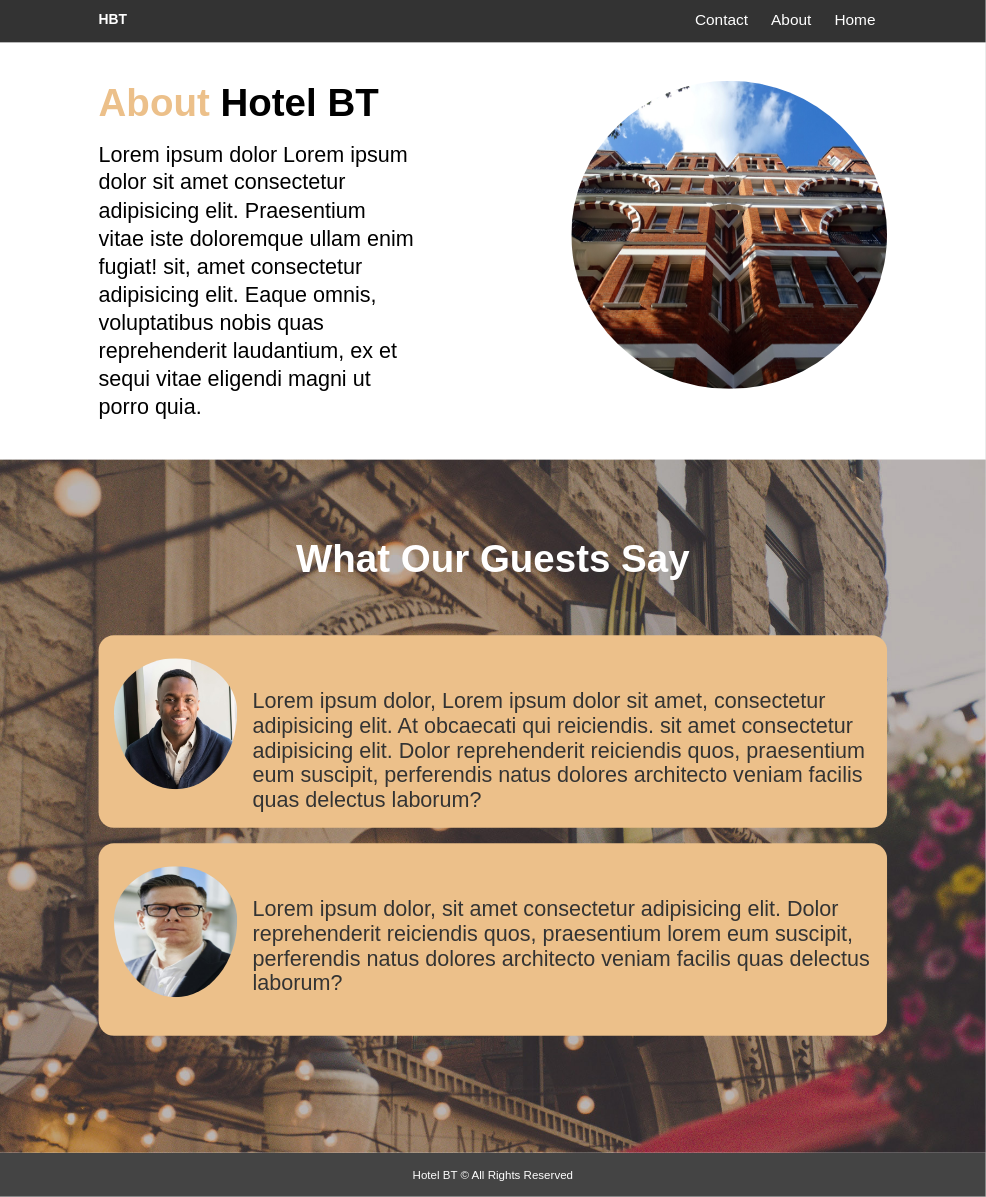
Repository: reemoon-ctrl/35---hotel-website
Page: about.html
These files come from the project's save history. The page is drawn as it stood at one moment and after a run of saves; the edit follows.
The browser window is 1280 px wide. The pictures show the whole page, at 77% of full size.
Pictures or frames that could not be fetched are drawn as grey boxes.

Above is the page before, as saved 2024-07-24 21:18:31.

After the next 2 saves:
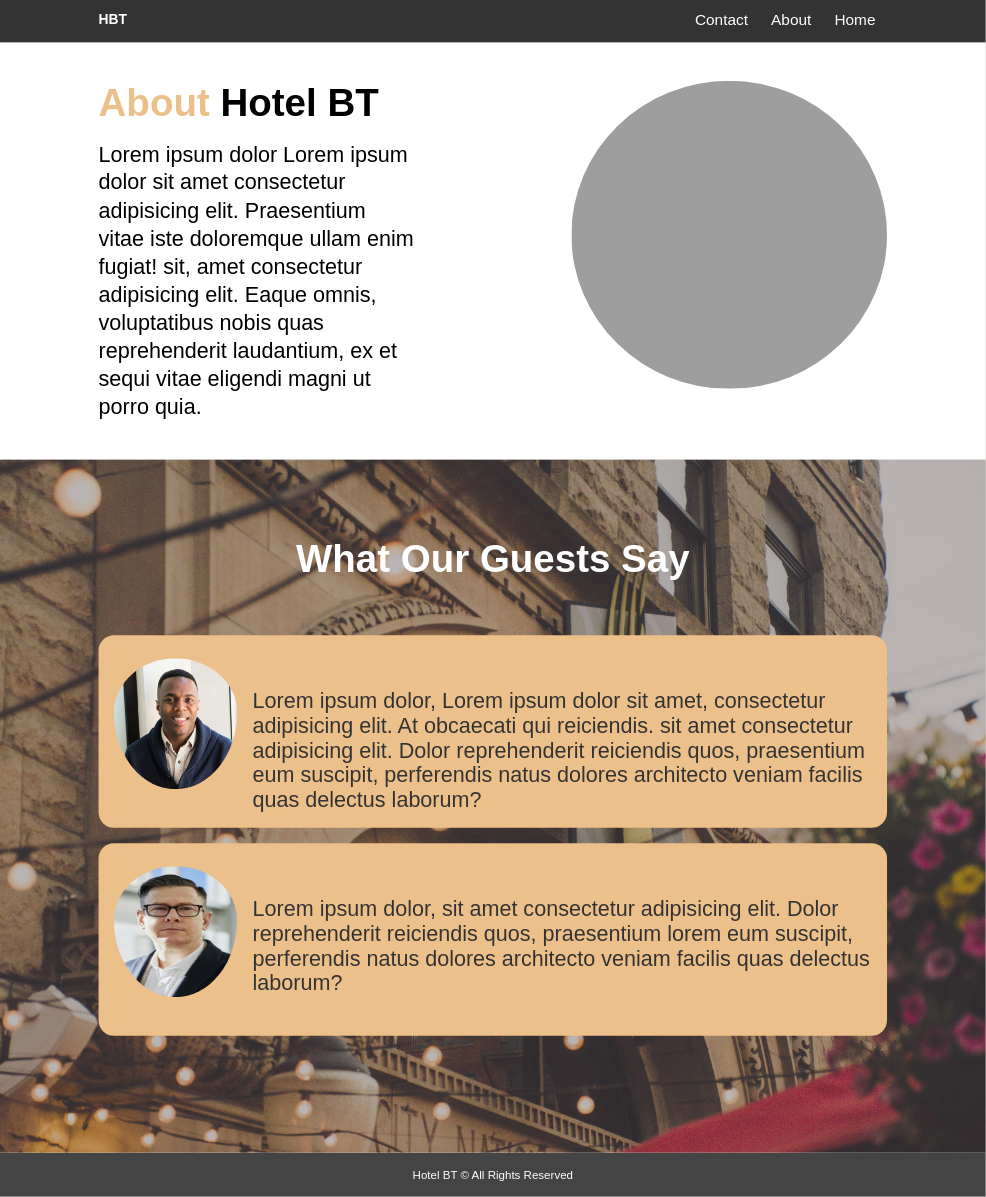
The 2 saves are shown as one change because they came seconds apart.
The last was saved 46 s later.
--- a/about.html
+++ b/about.html
@@ -29,7 +29,7 @@
             <p>Lorem ipsum dolor Lorem ipsum dolor sit amet consectetur adipisicing elit. Praesentium vitae iste doloremque ullam enim fugiat! sit, amet consectetur adipisicing elit. Eaque omnis, voluptatibus nobis quas reprehenderit laudantium, ex et sequi vitae eligendi magni ut porro quia.
             </p>
            </div>
-            <img class="hotel-img2" src="/35 - hotel-website/img/photo-2.jpg" alt="Hotel-image">
+            <img class="hotel-img2" src="/img/" alt="Hotel-image">
         </div>
     </main>
     <aside>

After the save that followed:
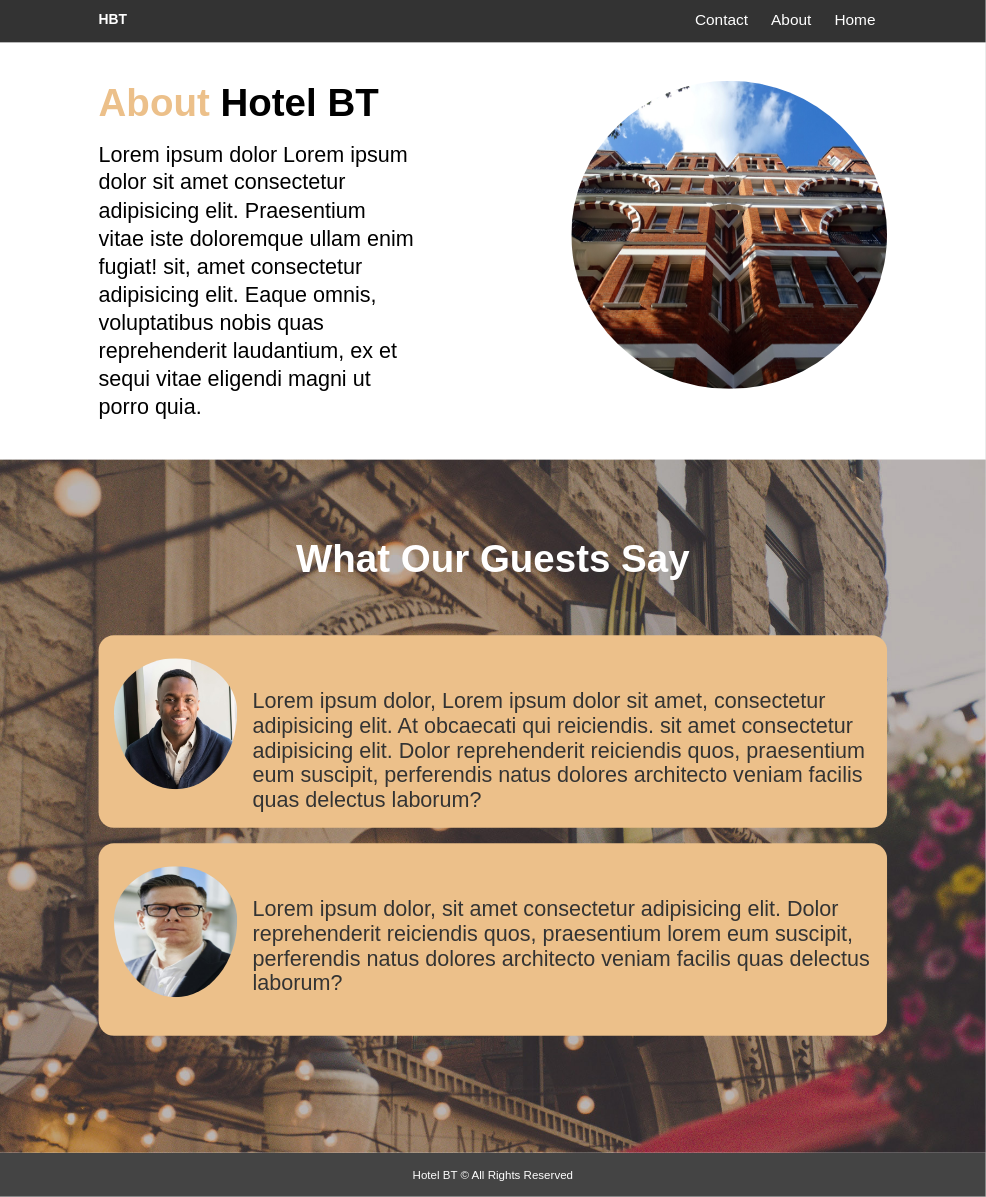
Saved 4 s later.
--- a/about.html
+++ b/about.html
@@ -29,7 +29,7 @@
             <p>Lorem ipsum dolor Lorem ipsum dolor sit amet consectetur adipisicing elit. Praesentium vitae iste doloremque ullam enim fugiat! sit, amet consectetur adipisicing elit. Eaque omnis, voluptatibus nobis quas reprehenderit laudantium, ex et sequi vitae eligendi magni ut porro quia.
             </p>
            </div>
-            <img class="hotel-img2" src="/img/" alt="Hotel-image">
+            <img class="hotel-img2" src="/img/photo-2.jpg" alt="Hotel-image">
         </div>
     </main>
     <aside>
